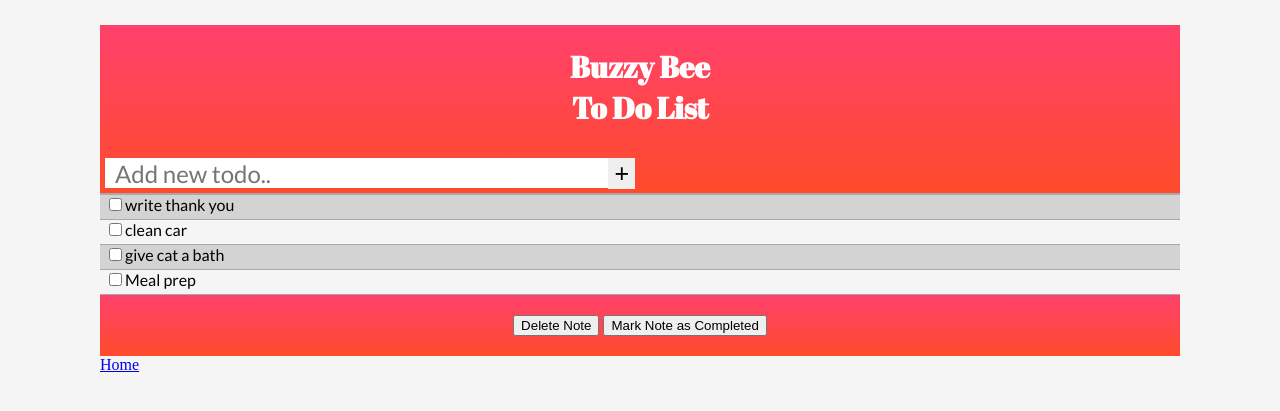
Repository: seleniadelgado/backend-spring2020-angie
Page: projects/todo/public_html/index.html
These files come from the project's save history. The page is drawn as it stood at one moment and after the next save; the edit follows.
The browser window is 1280 px wide. The pictures show the whole page.
The page's requests for data from a server got no answer.

Above is the page before, as saved 2020-05-13 16:20:40.

### projects/todo/public_html/index.html
<!DOCTYPE html>

<html lang="en">
    <head>
        <meta charset="utf-8">
        <title>Buzzy Bee - To Do List</title>
        <meta name="description" content="The HTML5 Herald">
        <meta name="author" content="SitePoint">
        <link rel="stylesheet" href="styles.css">
        <link href="https://fonts.googleapis.com/css2?family=Abril+Fatface&family=Lato&display=swap" rel="stylesheet">
        <script
            src="https://code.jquery.com/jquery-3.5.0.min.js"
            integrity="sha256-xNzN2a4ltkB44Mc/Jz3pT4iU1cmeR0FkXs4pru/JxaQ="
            crossorigin="anonymous">
        </script>
</head>
<body>
    <main>
    <div class="sectionTitle">
        <div class="appTitle">
            <h2>Buzzy Bee <br> To Do List</h2>
        </div>
        <div id="addNote">
            <input type="text" id="newNote" placeholder="Add new todo..">
            <button id="addBtn" type="button">+</button>
        </div>
    </div>
    <div class="todoList">
        <ul id="myList">
            <li><label class="container"><input type="checkbox"><span class="checkmark">write thank you</span></label></li>
            <li><label class="container"><input type="checkbox"><span class="checkmark">clean car</span></label></li>
            <li><label class="container"><input type="checkbox"><span class="checkmark">give cat a bath</span></label></li>
            <li><label class="container"><input type="checkbox"><span class="checkmark">Meal prep</span></label></li>
        </ul>
    </div>
    <div class="buttonsArea">
        <button type="button">Delete Note</button>
        <button type="button">Mark Note as Completed</button>
    </div>

</main>




















    <a href="http://localhost:3000/">Home</a>



    <script>
        $(document).ready(() => {
            let objectToSend = {
                note: "Do somethings",
                author: "Nick"
            }

            $.post("http://localhost:3000/newNote", objectToSend, (dataToGet) => {
                console.log(dataToGet);
            });
            $.post("http://localhost:3000/readNotes", {}, (dataToGet) => {
                let allNotesArray = dataToGet.notes;

                console.log(allNotesArray);
            })
        })

        //import the data from default user
        // make JSON into JS with parse.
        //with the list we want to populate our ul.
        //use jquery to access the dom, grab the string
        //loop over notes
        //add the note as an li to the ul
        //  Create li with jquery.
        //  target the ul with jquery and append the li.
        //note: $('<li></li>'')
        //      $('ul') -> a jquery list which holds the ul.
        //      get 1st element from the array

    </script>
</body>
</html>

### projects/todo/public_html/styles.css
:root {
    --main-color: linear-gradient(#FF416C, #FF4B2B);
    --background-color: whitesmoke;
    --title-font: 'Abril Fatface', cursive, sans-serif;
    --list-font: 'Lato', sans-serif;
    --font-size-title: 20px;
    --font-size-list-item: 24px;
}

html {
    background: var(--background-color);
    height: 100%;
}
* {
    box-sizing: border-box;
}
body {
    margin: 0px 100px 75px 100px;
    background-color: var(--main-color);
}

.sectionTitle {
    background: var(--main-color);
    text-align: center;
    border-bottom: 2px solid darkgray;
    margin-top: 0%;
    font-family: var(--title-font);
    font-size: var(--font-size-title);
}

.appTitle h2 {
    color: white;
    padding-top: 2%;
}
#addNote {
    display: flex;
    align-items: flex-start;
    padding: 5px;
    height: 30px;
    width: 50%;
    margin-bottom: 10px;
    font-family: 'Gill Sans', 'Gill Sans MT', Calibri, 'Trebuchet MS', sans-serif;
    font-size: var(--font-size-list-item) xjh;
}
#addBtn {
    margin-left: 0%;
    font-size: 25px;
    color: none;
    border: none;
    background: light-grey;
}
#newNote {
    border: none;
    width: 100%;
    height: 150%;
    font-size: 24px;
    font-family: var(--list-font);
    padding-left: 10px;
}

#myList li:nth-child(odd) {
    background: lightgray;
  }
#myList {
    list-style: none;
    padding: 0px;
    margin-top: 0px;
    margin-bottom: 0px;
    background-color: var(--main-color);
}

#myList li {
    cursor: pointer;
    height: 25px;
    border-bottom: 1px solid darkgray;
    background-color: whitesmoke;
    padding-left: 5px;
    font-family: var(--list-font);
    margin: auto;
}

.buttonsArea {
    background: var(--main-color);
    text-align: center;
    padding: 20px;
}

After the next save:
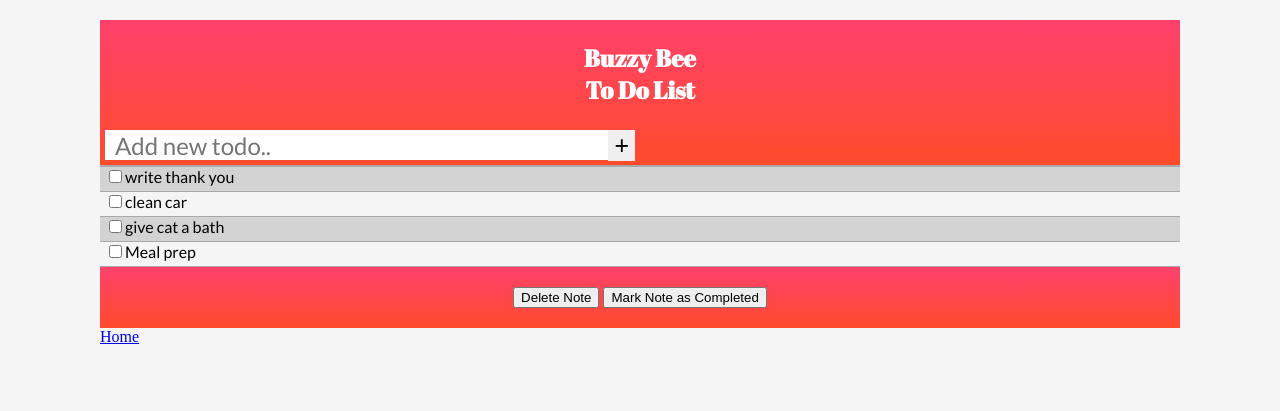
Saved 33 s later.
--- a/projects/todo/public_html/styles.css
+++ b/projects/todo/public_html/styles.css
@@ -31,6 +31,7 @@
 .appTitle h2 {
     color: white;
     padding-top: 2%;
+    font-size: var(--font-size-list-item);
 }
 #addNote {
     display: flex;

After the save that followed:
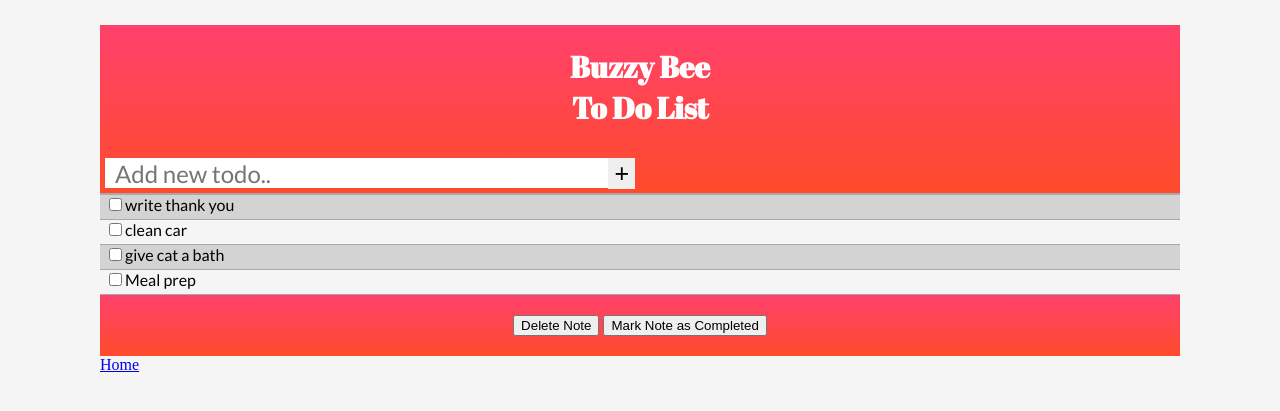
Saved 7 s later.
--- a/projects/todo/public_html/styles.css
+++ b/projects/todo/public_html/styles.css
@@ -31,7 +31,7 @@
 .appTitle h2 {
     color: white;
     padding-top: 2%;
-    font-size: var(--font-size-list-item);
+
 }
 #addNote {
     display: flex;
